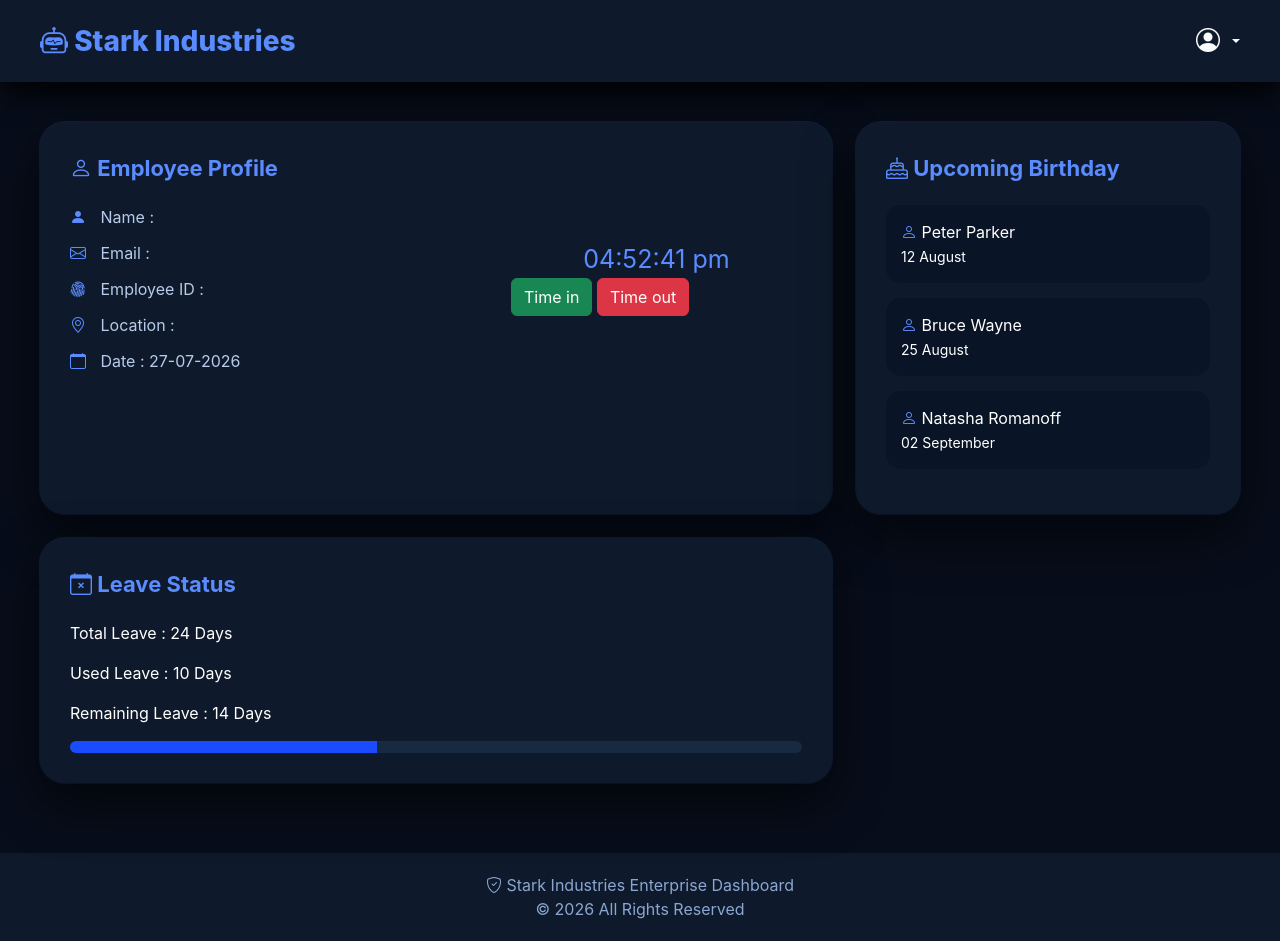
Repository: abhinav050799/office-management-
Page: resources/views/dashboard.blade.php
The author's editor kept a copy of each file at every save. The page is drawn from the files as they stood at one save, then again after the next save.
The browser window is 1280 px wide. The pictures show the whole page.
The page is served by the project's Laravel application, run on PHP 8.4 with Laravel 12. Other server files are loaded and not shown. The template is opened directly, without the code that normally fills it, so the values that code supplies are empty.

Above is the page before, as saved 2026-07-27 17:10:43.

### routes/web.php
<?php

use Illuminate\Support\Facades\Route;
use App\Http\Controllers\UserController;
Route::get('/', function () {
    return view('welcome');
});

Route::controller(UserController::class)->group(function(){
Route::get('/login', 'loginForm')->name('login');
Route::get('/register', 'registerForm')->name('register');
Route::post('/registeruser', 'register')->name('registeruser');
Route::post('/loginUser', 'login')->name('loginUser');
Route::get('/dashboard','dashboard')->name('dashboard');
Route::post('/logout', 'logout')->name('logout');
Route::get('/profile', 'profile')->name('profile');
Route::post('/profileUpdate', 'profileUpdate')->name('profileUpdate');
});

### resources/views/dashboard.blade.php
@include('layout.header')


    <!-- DASHBOARD -->


    <div class="dashboard">


        <div class="row g-4">


            <!-- LEFT USER BOX -->


            <div class="col-lg-8">


                <div class="card-box">


                    <div class="row align-items-center">


                        <!-- USER DETAILS -->

                        <div class="col-md-7">


                            <div class="title">

                                <i class="bi bi-person"></i>
                                Employee Profile

                            </div>


                            <div class="user-detail">


                                <p>
                                    <i class="bi bi-person-fill"></i>
                                    Name : {{ $data->name }}
                                </p>


                                <p>
                                    <i class="bi bi-envelope"></i>
                                    Email : {{ $data->email }}
                                </p>


                                <p>
                                    <i class="bi bi-fingerprint"></i>
                                    Employee ID : {{ $data->account_id }}
                                </p>


                                <p>
                                    <i class="bi bi-geo-alt"></i>
                                    Location : {{ $data->address }}
                                </p>


                                <p>
                                    <i class="bi bi-calendar"></i>
                                    Date : {{ now()->format('d-m-Y') }}
                                </p>


                            </div>


                        </div>



                        <!-- WATCH -->


                        <div class="col-md-5">


                            <!-- <div class="watch">




                            </div> -->


                            <div class="time" id="clock">

                                00:00:00

                            </div>

                            <div class="timeinout">
                                <button class="btn btn-success">Time in</button>
                                <button class="btn btn-danger">Time out </button>
                            </div>


                        </div>


                    </div>


                </div>



            </div>





            <!-- RIGHT BIRTHDAY BOX -->


            <div class="col-lg-4">


                <div class="card-box">


                    <div class="title">

                        <i class="bi bi-cake"></i>

                        Upcoming Birthday

                    </div>



                    <div class="employee">

                        <i class="bi bi-person"></i>

                        Peter Parker

                        <br>

                        <small>

                            12 August

                        </small>

                    </div>



                    <div class="employee">

                        <i class="bi bi-person"></i>

                        Bruce Wayne

                        <br>

                        <small>

                            25 August

                        </small>

                    </div>



                    <div class="employee">

                        <i class="bi bi-person"></i>

                        Natasha Romanoff

                        <br>

                        <small>

                            02 September

                        </small>

                    </div>



                </div>


            </div>




            <!-- LEAVE STATUS -->


            <div class="col-lg-8">


                <div class="card-box">


                    <div class="title">

                        <i class="bi bi-calendar-x"></i>

                        Leave Status

                    </div>


                    <p>
                        Total Leave : 24 Days
                    </p>


                    <p>
                        Used Leave : 10 Days
                    </p>


                    <p>
                        Remaining Leave : 14 Days
                    </p>



                    <div class="progress">

                        <div class="progress-bar" style="width:42%">

                        </div>

                    </div>


                </div>


            </div>





        </div>


    </div>




@include('layout.footer')





    <script>


        function clock() {

            let date = new Date();

            // let time = date.toLocaleTimeString();
  let time = date.toLocaleTimeString('en-IN', {
        hour: '2-digit',
        minute: '2-digit',
        second: '2-digit',
        hour12: true
    });

            document.getElementById("clock").innerHTML = time;


        }


        setInterval(clock, 1000);


        clock();


    </script>
<script src="https://cdn.jsdelivr.net/npm/bootstrap@5.3.2/dist/js/bootstrap.bundle.min.js"></script>


</body>

</html>

### resources/views/layout/header.blade.php
<!DOCTYPE html>
<html lang="en">

<head>
    <meta charset="UTF-8">
    <meta name="viewport" content="width=device-width, initial-scale=1.0">

    <title>Stark Industries Dashboard</title>

    <link href="https://cdn.jsdelivr.net/npm/bootstrap@5.3.2/dist/css/bootstrap.min.css" rel="stylesheet">

    <link href="https://cdn.jsdelivr.net/npm/bootstrap-icons@1.11.3/font/bootstrap-icons.css" rel="stylesheet">

    <style>
        * {
            margin: 0;
            padding: 0;
            box-sizing: border-box;
        }

        body {
            font-family: 'Inter', sans-serif;
            background: #070d1a;
            color: #fff;
            min-height: 100vh;
        }


        /* HEADER */

        .header {
            background: #0e1a2b;
            padding: 20px 40px;
            box-shadow: 0 10px 30px #000;
        }

        .logo {
            font-size: 28px;
            font-weight: 800;
            color: #5b8cff;
        }

        .header a {
            color: #9bb2d9;
            text-decoration: none;
        }


        /* MAIN */

        .dashboard {
            padding: 40px;
        }


        /* CARDS */

        .card-box {

            background: #0e1a2b;
            border-radius: 25px;
            padding: 30px;

            box-shadow:
                0 20px 50px rgba(0, 0, 0, .6),
                0 0 0 1px rgba(91, 140, 255, .15);

            height: 100%;
        }


        .title {

            color: #5b8cff;
            font-size: 22px;
            font-weight: 700;

            margin-bottom: 20px;

        }


        /* USER */

        .user-detail p {

            color: #b8cbea;
            margin-bottom: 12px;

        }


        .user-detail i {

            color: #5b8cff;
            margin-right: 10px;

        }


        /* WATCH */

        .watch {

            width: 150px;
            height: 150px;

            border-radius: 50%;

            background: #091426;

            border: 8px solid #5b8cff;

            display: flex;
            justify-content: center;
            align-items: center;

            margin: auto;

            font-size: 40px;

            box-shadow:
                0 0 40px rgba(91, 140, 255, .5);

        }


        .time {

            text-align: center;

            margin-top: 20px;

            font-size: 25px;

            color: #5b8cff;

        }


        /* BIRTHDAY */


        .employee {

            background: #091426;

            padding: 15px;

            border-radius: 15px;

            margin-bottom: 15px;

        }


        .employee i {

            color: #5b8cff;

        }



        /* LEAVE */


        .progress {

            height: 12px;

            background: #182942;

        }

        .progress-bar {

            background: #1b4bff;

        }


        /* FOOTER */


        .footer {

            background: #0e1a2b;

            padding: 20px;

            text-align: center;

            color: #8ba6d0;

            margin-top: 30px;

        }


        @media(max-width:768px) {

            .dashboard {
                padding: 20px;
            }

            .header {
                padding: 20px;
            }

        }
        .dropdown-menu{
    background:#0e1a2b;
    border:1px solid rgba(91,140,255,.2);
    border-radius:15px;
    padding:10px;
}

.dropdown-item{
    color:#bdd2f5;
    border-radius:10px;
}

.dropdown-item:hover{
    background:#1b4bff;
    color:white;
}

    </style>

</head>


<body>


    <!-- HEADER -->

    <header class="header">

        <div class="d-flex justify-content-between align-items-center">

            <div class="logo">

                <i class="bi bi-robot"></i>
                Stark Industries

            </div>


            <div class="dropdown">

                <a class="dropdown-toggle text-decoration-none text-light d-flex align-items-center gap-2" href="#"
                    role="button" data-bs-toggle="dropdown" aria-expanded="false">

                    <i class="bi bi-person-circle fs-4"></i>

                    {{ session('username') }}

                </a>


                <ul class="dropdown-menu dropdown-menu-end">

                    <li>
                        <a class="dropdown-item" href="{{ url('profile') }}">
                            <i class="bi bi-gear me-2"></i>
                            Settings
                        </a>
                    </li>


                    <li>
                        <hr class="dropdown-divider">
                    </li>


                    <li>

                        <form method="POST" action="{{ route('logout') }}">

                            @csrf

                            <button type="submit" class="dropdown-item text-danger">

                                <i class="bi bi-box-arrow-right me-2"></i>
                                Logout

                            </button>

                        </form>

                    </li>


                </ul>

            </div>


        </div>

    </header>

### resources/views/layout/footer.blade.php
    <!-- FOOTER -->


    <footer class="footer">


        <i class="bi bi-shield-check"></i>

        Stark Industries Enterprise Dashboard

        <br>

        © 2026 All Rights Reserved


    </footer>

After the next save:
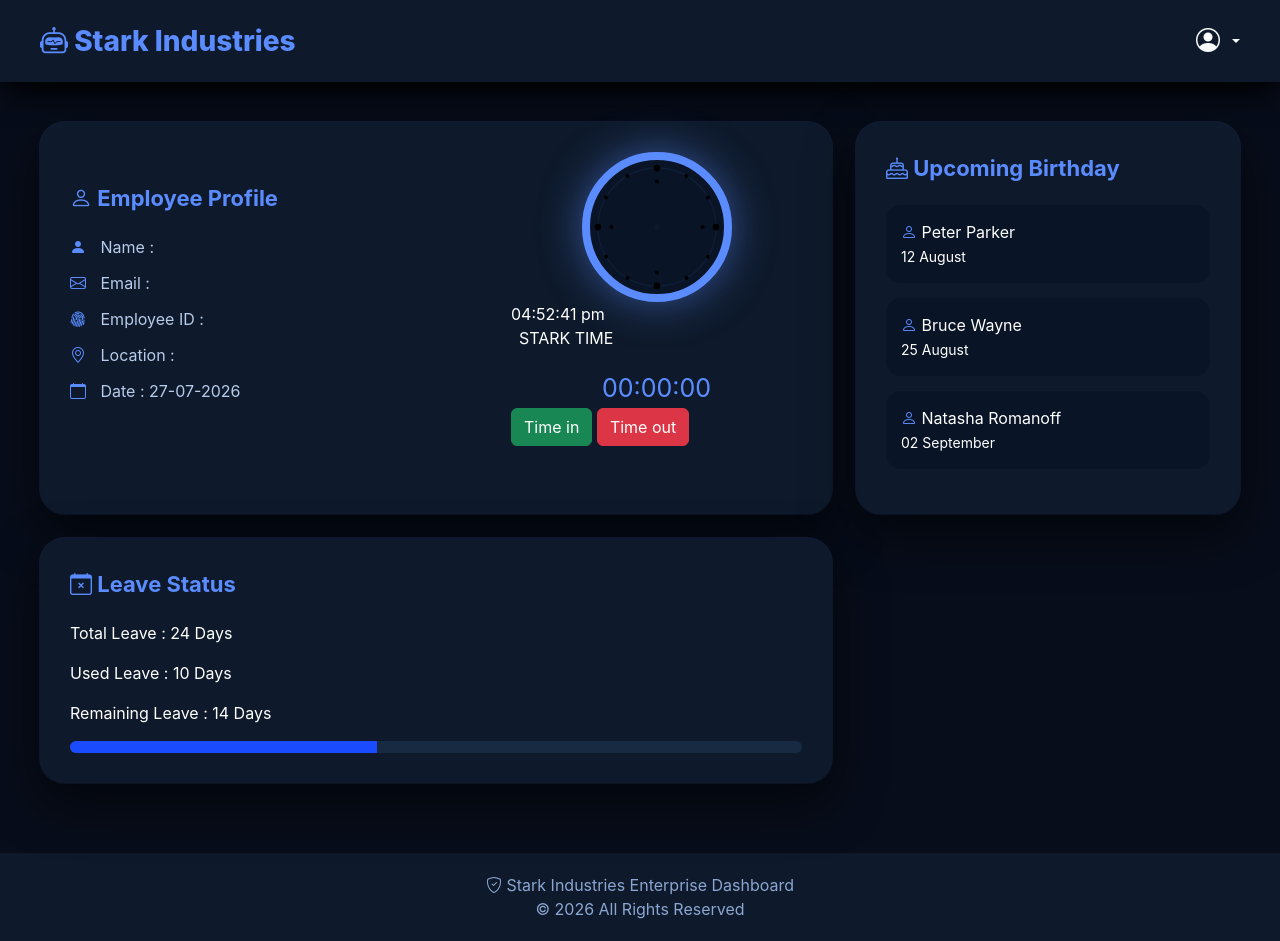
Saved 21 s later.
--- a/resources/views/dashboard.blade.php
+++ b/resources/views/dashboard.blade.php
@@ -87,6 +87,61 @@
 
 
                             </div> -->
+
+                            <div class="clock-card">
+
+    <!-- MODERN WATCH FACE (SVG) -->
+    <div class="watch" id="watchFace">
+      <svg viewBox="0 0 100 100" class="clock-svg" id="clockSvg">
+        <!-- HOUR MARKERS (12, 3, 6, 9) -->
+        <circle cx="50" cy="50" r="44" fill="none" stroke="rgba(91,140,255,0.08)" stroke-width="1"/>
+
+        <!-- 12 major markers (only 4 are big, rest small) -->
+        <g id="markers">
+          <!-- will be generated by JS but we can hardcode a few for demo -->
+          <circle cx="50" cy="6" r="2.5" class="marker-major"/>
+          <circle cx="50" cy="94" r="2.5" class="marker-major"/>
+          <circle cx="6" cy="50" r="2.5" class="marker-major"/>
+          <circle cx="94" cy="50" r="2.5" class="marker-major"/>
+
+          <!-- minor markers (approx) -->
+          <circle cx="50" cy="16" r="1.5" class="marker"/>
+          <circle cx="50" cy="84" r="1.5" class="marker"/>
+          <circle cx="16" cy="50" r="1.5" class="marker"/>
+          <circle cx="84" cy="50" r="1.5" class="marker"/>
+
+          <circle cx="72" cy="12" r="1.5" class="marker"/>
+          <circle cx="28" cy="12" r="1.5" class="marker"/>
+          <circle cx="72" cy="88" r="1.5" class="marker"/>
+          <circle cx="28" cy="88" r="1.5" class="marker"/>
+
+          <circle cx="88" cy="28" r="1.5" class="marker"/>
+          <circle cx="88" cy="72" r="1.5" class="marker"/>
+          <circle cx="12" cy="28" r="1.5" class="marker"/>
+          <circle cx="12" cy="72" r="1.5" class="marker"/>
+        </g>
+
+        <!-- HANDS (they rotate around 50,50) -->
+        <!-- HOUR hand -->
+        <line x1="50" y1="50" x2="50" y2="28" class="hand hour-hand" id="hourHand"/>
+        <!-- MINUTE hand -->
+        <line x1="50" y1="50" x2="50" y2="20" class="hand minute-hand" id="minuteHand"/>
+        <!-- SECOND hand -->
+        <line x1="50" y1="50" x2="50" y2="14" class="hand second-hand" id="secondHand"/>
+
+        <!-- center cap -->
+        <circle cx="50" cy="50" class="center-dot"/>
+        <circle cx="50" cy="50" r="2" fill="#0e1a2b"/> <!-- inner dot for depth -->
+      </svg>
+    </div>
+
+    <!-- DIGITAL TIME (matches your .time style but upgraded) -->
+    <div class="digital-time" id="clock">00:00:00</div>
+    <div class="clock-label">
+      <i class="fas fa-clock" style="color: #5b8cff; margin-right: 8px;"></i> STARK TIME
+    </div>
+
+  </div>
 
 
                             <div class="time" id="clock">
